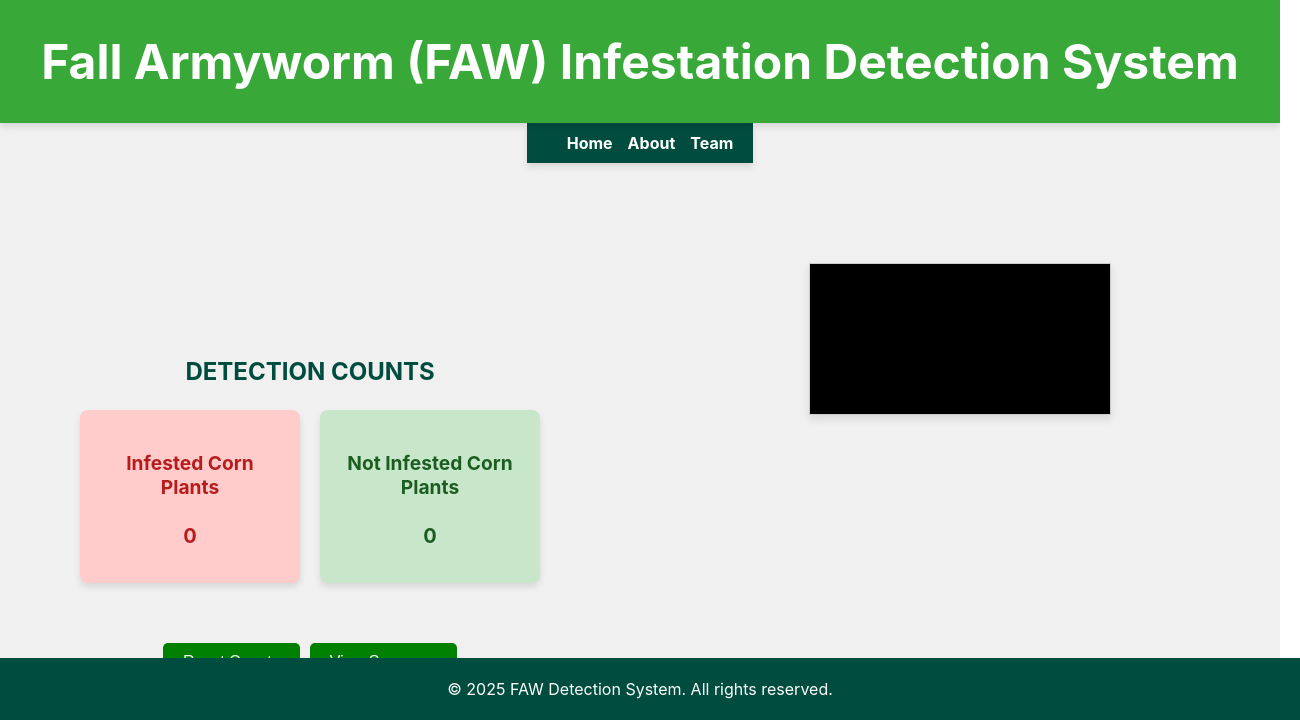
Repository: jansen223/faw-detection-main
Page: /
These files come from the project's save history. The page is drawn as it stood at one moment and after the next save; the edit follows.
The browser window is 1280 px wide. The page is 1280 px wide, then 1300 px, so the pictures cover 1300 px, including what lies to the right of the window. The pictures show the whole page.
The page's requests for data from a server got no answer. The project was rebuilt for these pictures with package versions that can differ from the ones it lists, and the page was loaded fresh each time. No one was signed in, and anything a server would have sent is missing. Also part of the build but not shown: src/pages/About.css, src/pages/About.js, src/pages/Team.css, src/pages/Team.js, src/pages/Summary.css, src/pages/Summary.js.

Above is the page before, as saved 2025-04-10 18:27:50.

After the next save:
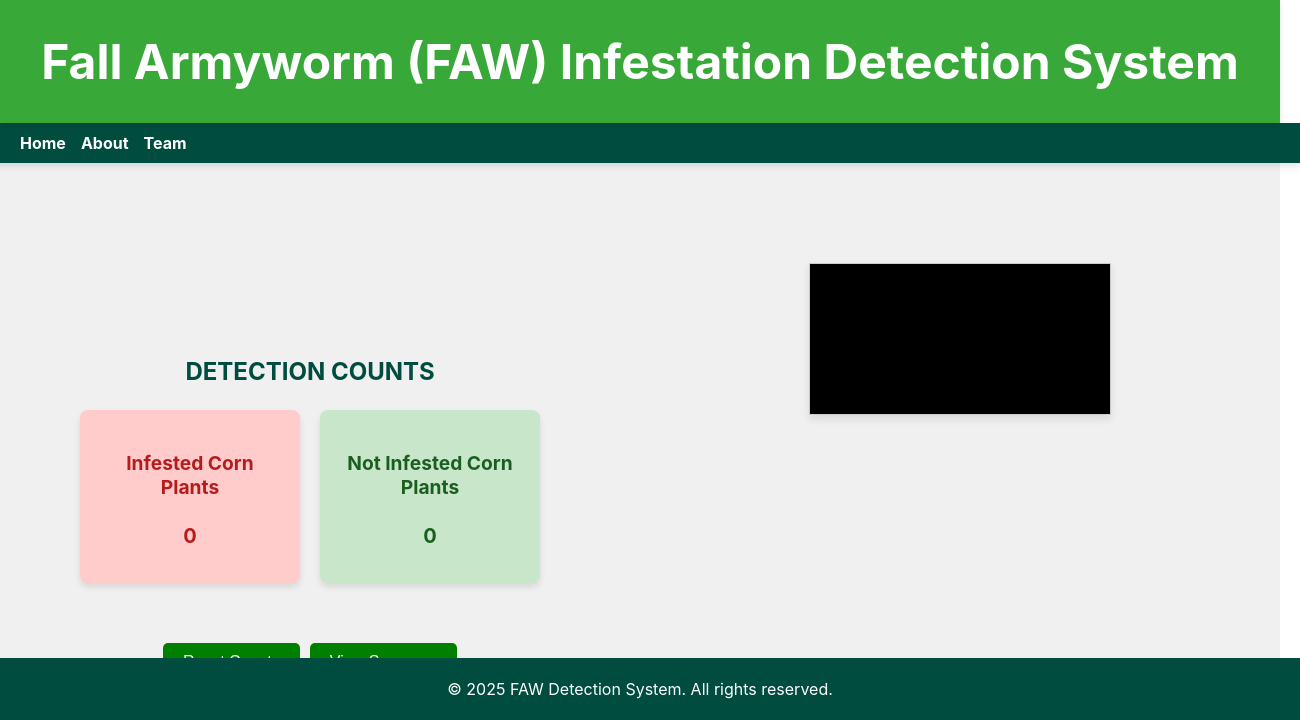
Saved 23 s later.
--- a/src/App.css
+++ b/src/App.css
@@ -36,9 +36,10 @@ body {
   color: white;
   padding: 10px 20px;
   display: flex;
+  justify-content: space-between;
   align-items: center;
   box-shadow: 0 4px 6px rgba(0, 0, 0, 0.1);
-  justify-content: stretch;
+  width: 100%;
 }
 
 .App-navbar ul {
